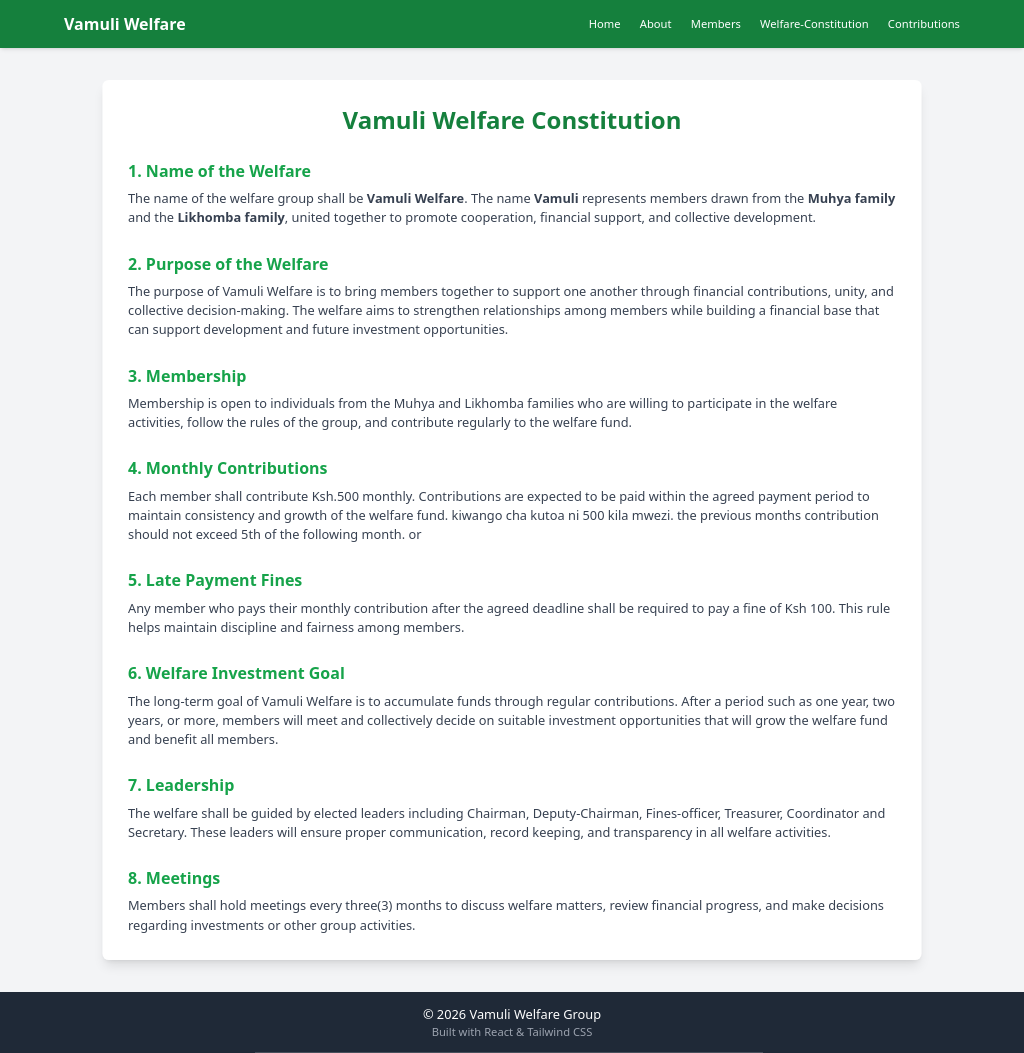
Repository: Engineer-collo/Vamuli-welfare
Page: /constitution
These files come from the project's save history. The page is drawn as it stood at one moment and after a run of saves; the edit follows.
The browser window is 1280 px wide. The pictures show the whole page, at 80% of full size.
The project was rebuilt for these pictures with package versions that can differ from the ones it lists, and the page was loaded fresh each time. Also part of the build but not shown: vite.config.js, src/pages/contributionsData.js, src/pages/Home.jsx, src/pages/Members.jsx, src/pages/ContributionsTable.jsx, src/pages/About.jsx.

Above is the page before, as saved 2026-03-16 15:27:54.

After the next 3 saves:
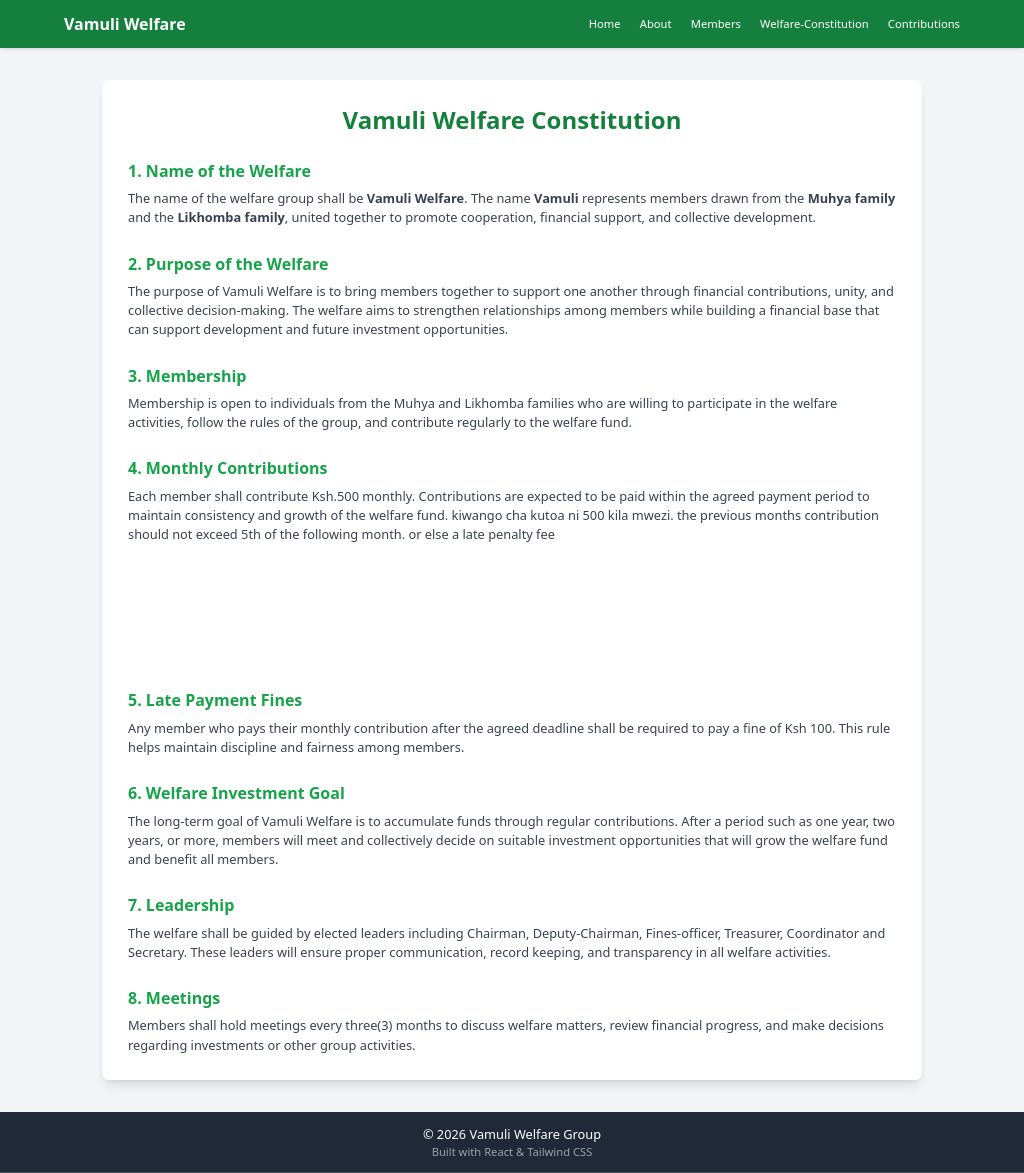
The 3 saves are shown as one change because they came seconds apart.
The last was saved 16 s later.
--- a/src/pages/WelfareConstituion.jsx
+++ b/src/pages/WelfareConstituion.jsx
@@ -67,7 +67,7 @@
           Contributions are expected to be paid within the agreed payment
           period to maintain consistency and growth of the welfare fund.
 
-          kiwango cha kutoa ni 500 kila mwezi. the previous months contribution should not exceed 5th of the following month. or
+          kiwango cha kutoa ni 500 kila mwezi. the previous months contribution should not exceed 5th of the following month. or else a late penalty fee <object data="" type=""></object>
         </p>
       </section>
 

After the 2 saves that followed:
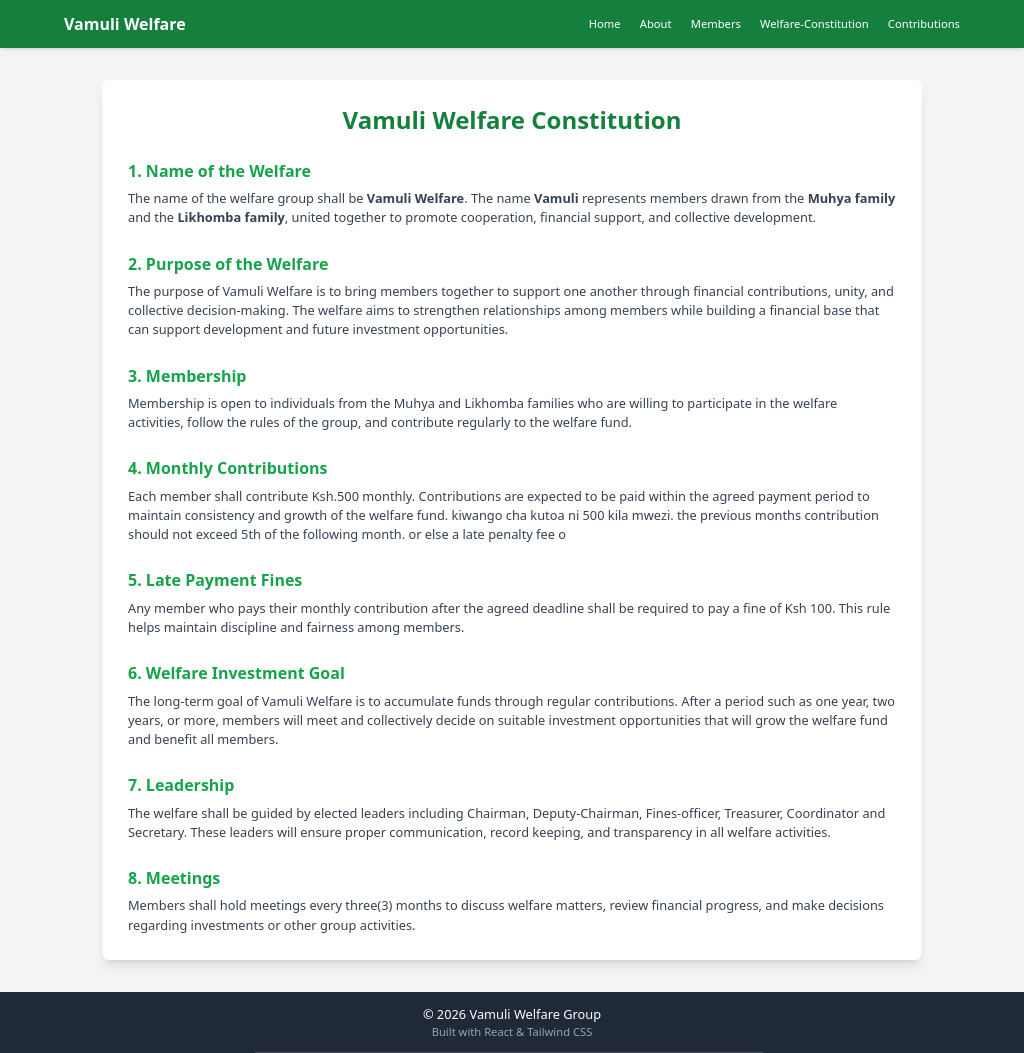
The 2 saves are shown as one change because they came seconds apart.
The last was saved 6 s later.
--- a/src/pages/WelfareConstituion.jsx
+++ b/src/pages/WelfareConstituion.jsx
@@ -67,7 +67,8 @@
           Contributions are expected to be paid within the agreed payment
           period to maintain consistency and growth of the welfare fund.
 
-          kiwango cha kutoa ni 500 kila mwezi. the previous months contribution should not exceed 5th of the following month. or else a late penalty fee <object data="" type=""></object>
+          kiwango cha kutoa ni 500 kila mwezi. the previous months contribution should not exceed 5th of the following month. or else a late penalty fee o
+
         </p>
       </section>
 
